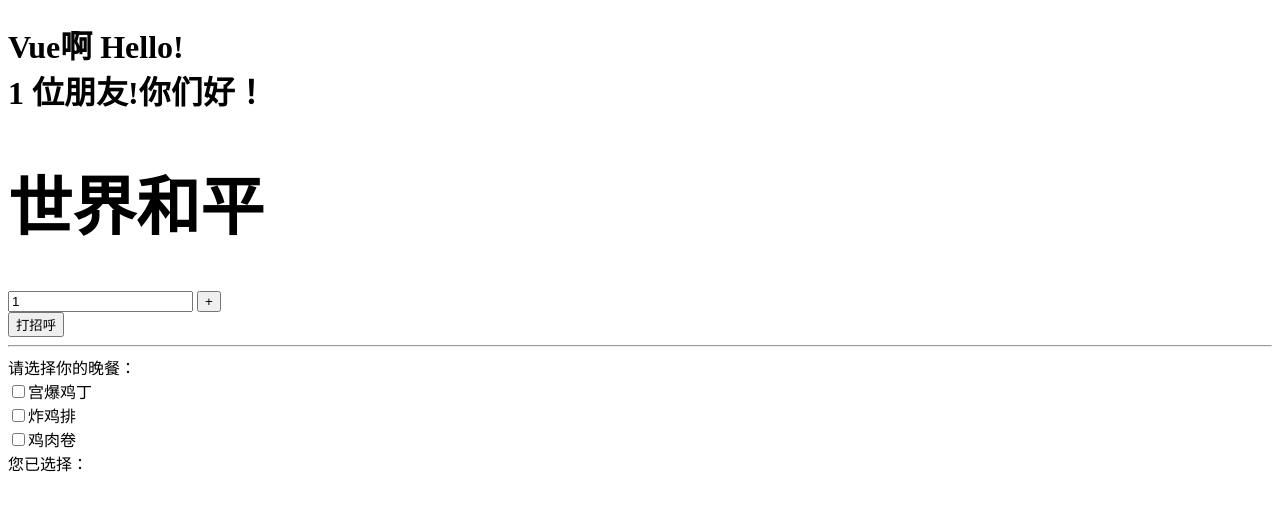
Repository: SOROoi/Web_front-end
Page: Web01_Vue/src/main/webapp/index.html
An editor plug-in stored every save of this project. The page is shown before and after the next save, followed by the edit.
The browser window is 1280 px wide. The pictures show the whole page.

Above is the page before, as saved 2020-07-11 09:12:31.

After the next save:
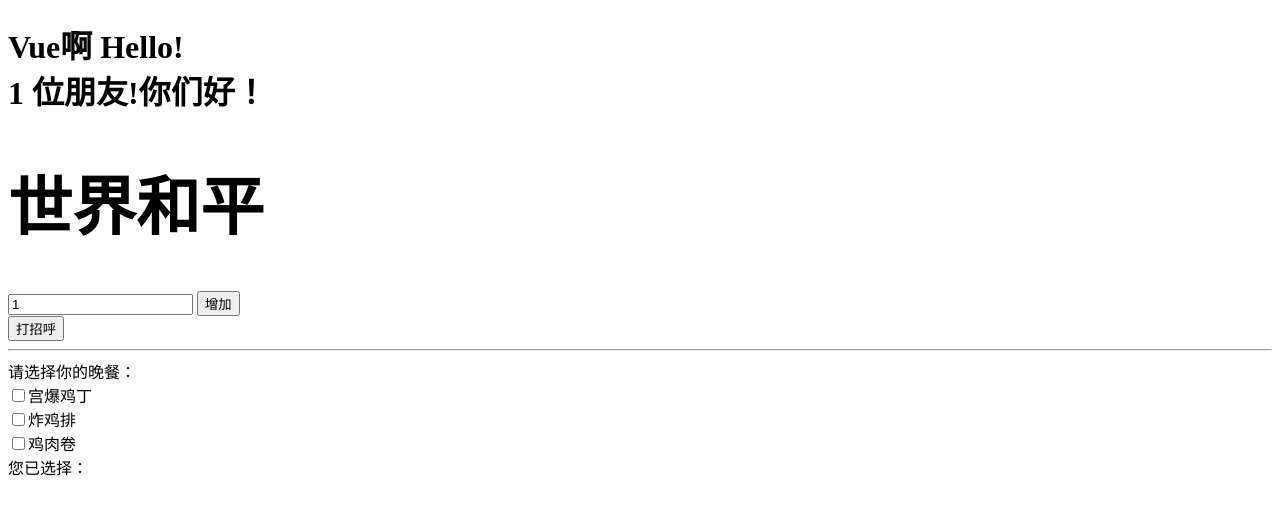
Saved 99 s later.
--- a/Web01_Vue/src/main/webapp/index.html
+++ b/Web01_Vue/src/main/webapp/index.html
@@ -12,7 +12,7 @@
 			<span v-text="name"></span> Hello! <br> {{num}} 位朋友!{{message}} <br> <span v-html="word"></span>
 		</h1>
 		<input type="text" v-model="num" @click="num++">
-		<button @click="num++">+</button>
+		<button @click="num++">增加</button>
 		<br>
 		<button @click="sayhi('大家都好！')">打招呼</button>
 		<hr>
